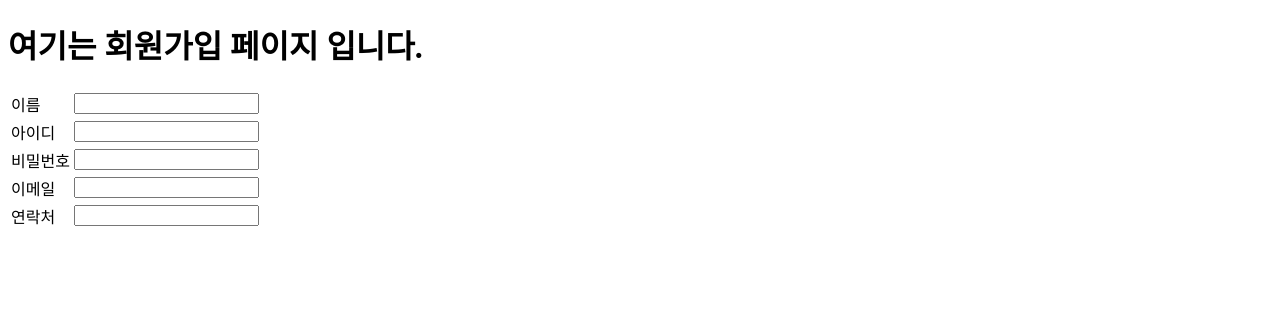
Repository: MySunTY/JSP22
Page: http://localhost/JSP30/join.do
The author's editor kept a copy of each file at every save. The page is drawn from the files as they stood at one save, then again after the next save.
The browser window is 1280 px wide. The pictures show the whole page.
The page is served by Tomcat 9. Other server files are loaded and not shown.

Above is the page before, as saved 2024-06-20 05:56:07.

### JSP30/src/main/webapp/register.jsp
<%@ page language="java" contentType="text/html; charset=utf-8"
    pageEncoding="utf-8"%>
<!DOCTYPE html>
<html>
	<head>
		<meta charset="utf-8">
		<title>회원가입 페이지</title>
	</head>
	<body>
		<h1>여기는 회원가입 페이지 입니다.</h1>
		<form method="get" action="member_insert.jsp">
			<table>
				<tr>
					<td>이름</td>
					<td><input type="text" name="nm"></td>
				</tr>
				<tr>
					<td>아이디</td>
					<td><input type="text" name="userId"></td>
				</tr>
				<tr>
					<td>비밀번호</td>
					<td><input type="password" name="pwd"></td>
				</tr>
				<tr>
					<td>이메일</td>
					<td><input type="text" name="email"></td>
				</tr>
				<tr>
					<td>연락처</td>
					<td><input type="text" name="phone"></td>
				</tr>

			</table>
		</form>
	</body>
</html>

### JSP30/src/main/java/controller/JoinServlet.java
package controller;

import java.io.*;
import javax.servlet.*;
import javax.servlet.annotation.*;
import javax.servlet.http.*;

import DTO.Member;		//데이터를 담을 객체의 설계도
import DAO.MemberDAO;   //데이터를 전송할 회선과 방식의 설계도


@WebServlet("/join.do")
public class JoinServlet extends HttpServlet {
	private static final long serialVersionUID = 1L;



	protected void doGet(HttpServletRequest request, HttpServletResponse response) throws ServletException, IOException {

		RequestDispatcher dis = request.getRequestDispatcher("register.jsp");
		dis.forward(request,response);

	}


	protected void doPost(HttpServletRequest request, HttpServletResponse response) throws ServletException, IOException {
		//입력받은 패러미터를 담아와서 sql문을 만들고 데이터베이스에 전송하는 기능

		//register.jsp에서 form태그를 통해 전송한 데이터를 받아 변수에 저장하는 부분
		request.setCharacterEncoding("utf-8");
		String name = request.getParameter("nm");
		String userId = request.getParameter("userId");
		String pwd = request.getParameter("pwd");
		String email = request.getParameter("email");
		String phone = request.getParameter("phone");
		String admin = request.getParameter("admin");


		Member m = new Member();
		m.setName(name);
		m.setUserid(userId);
		m.setPwd(pwd);
		m.setEmail(email);
		m.setPhone(phone);
		m.setAdmin(admin);
		//데이터베이스에 해당 내용 전달
		MemberDAO mDAO = MemberDAO.getInstance();
		int result = mDAO.insertMember(m); //result : -1은 실패, 1은 성공
		//입력처리 이후 서비스 제작
		HttpSession session = request.getSession();
		if(result==1) {//회원가입 성공
			session.setAttribute("userid", m.getUserid()); //바로 로그인이 되는 경우 이 기능 사용
			request.setAttribute("message", "회원가입에 성공하셨습니다.");
		}else if(result==-1) { //회원가입 실패
			request.setAttribute("message" , "회원가입에 실패하셨습니다.");
		}

		RequestDispatcher dis = request.getRequestDispatcher("login.do");
		dis.forward(request, response);

	}//dopost

}

After the next save:
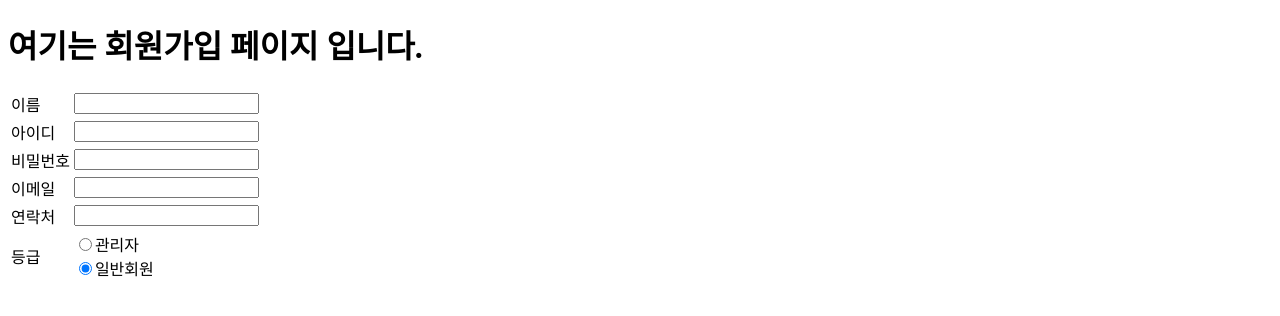
Saved 3 min 50 s later.
--- a/JSP30/src/main/webapp/register.jsp
+++ b/JSP30/src/main/webapp/register.jsp
@@ -30,6 +30,13 @@
 					<td>연락처</td>
 					<td><input type="text" name="phone"></td>
 				</tr>
+				<tr>
+					<td>등급</td>
+					<td>
+						<input type="radio" name="admin" value="1">관리자<br>
+						<input type="radio" name="admin" value="0" checked>일반회원
+					</td>
+				</tr>
 
 			</table>
 		</form>
